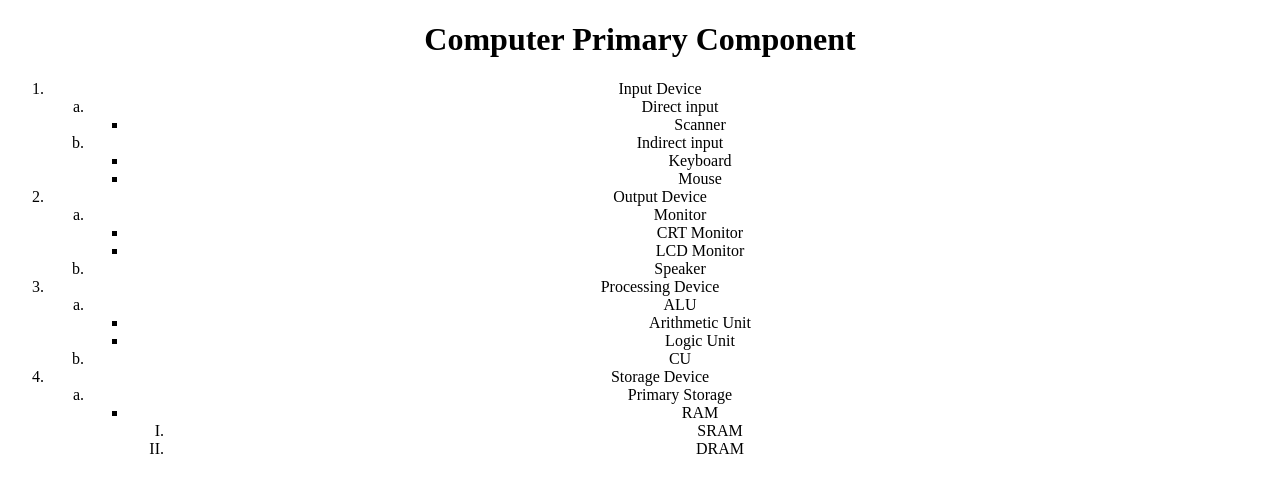
Repository: SharonSebastian32/Nested-List
Page: index.html
These files come from the project's save history. The page is drawn as it stood at one moment and after the next save; the edit follows.
The browser window is 1280 px wide. The pictures show the whole page.

Above is the page before, as saved 2024-09-01 10:19:04.

### index.html
<!DOCTYPE html>
<html lang="en">
  <head>
    <meta charset="UTF-8" />
    <meta name="viewport" content="width=device-width, initial-scale=1.0" />
    <title>Document</title>
  </head>
  <body>
    <center>
      <div>
        <h1 class="head">Computer Primary Component</h1>
        <ol>
          <li>Input Device</li>
          <ol type="a">
            <li>Direct input</li>
            <ul style="list-style-type: square">
              <li>Scanner</li>
            </ul>
            <li>Indirect input</li>
            <ul>
              <li>Keyboard</li>
              <li>Mouse</li>
            </ul>
          </ol>
          <li>Output Device</li>
          <ol type="a">
            <li>Monitor</li>
            <ul>
              <li>CRT Monitor</li>
              <li>LCD Monitor</li>
            </ul>
            <li>Speaker</li>
          </ol>
          <li>Processing Device</li>
          <ol type="a">
            <li>ALU</li>
            <ul>
              <li>Arithmetic Unit</li>
              <li>Logic Unit</li>
            </ul>
            <ul></ul>
            <li>CU</li>
          </ol>
          <li>Storage Device</li>
          <ol type="a">
            <li>Primary Storage</li>
            <ul>
              <li>RAM</li>
              <ol type="I">
                <li>SRAM</li>
                <li>DRAM</li>
              </ol>
            </ul>
          </ol>
        </ol>
      </div>
   </body>
</html>

After the next save:
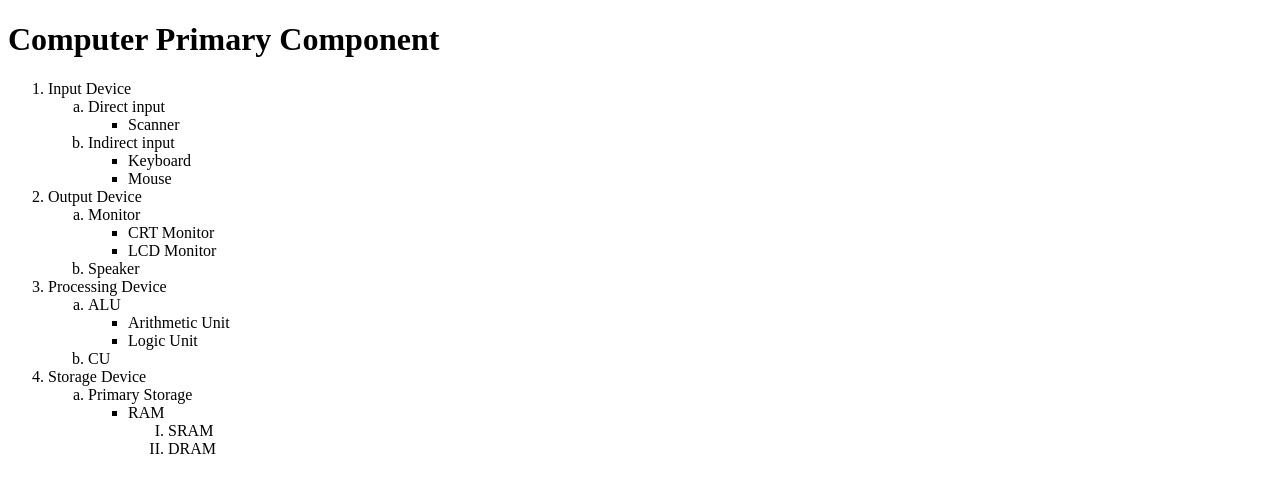
Saved 5 s later.
--- a/index.html
+++ b/index.html
@@ -6,8 +6,7 @@
     <title>Document</title>
   </head>
   <body>
-    <center>
-      <div>
+       <div>
         <h1 class="head">Computer Primary Component</h1>
         <ol>
           <li>Input Device</li>
